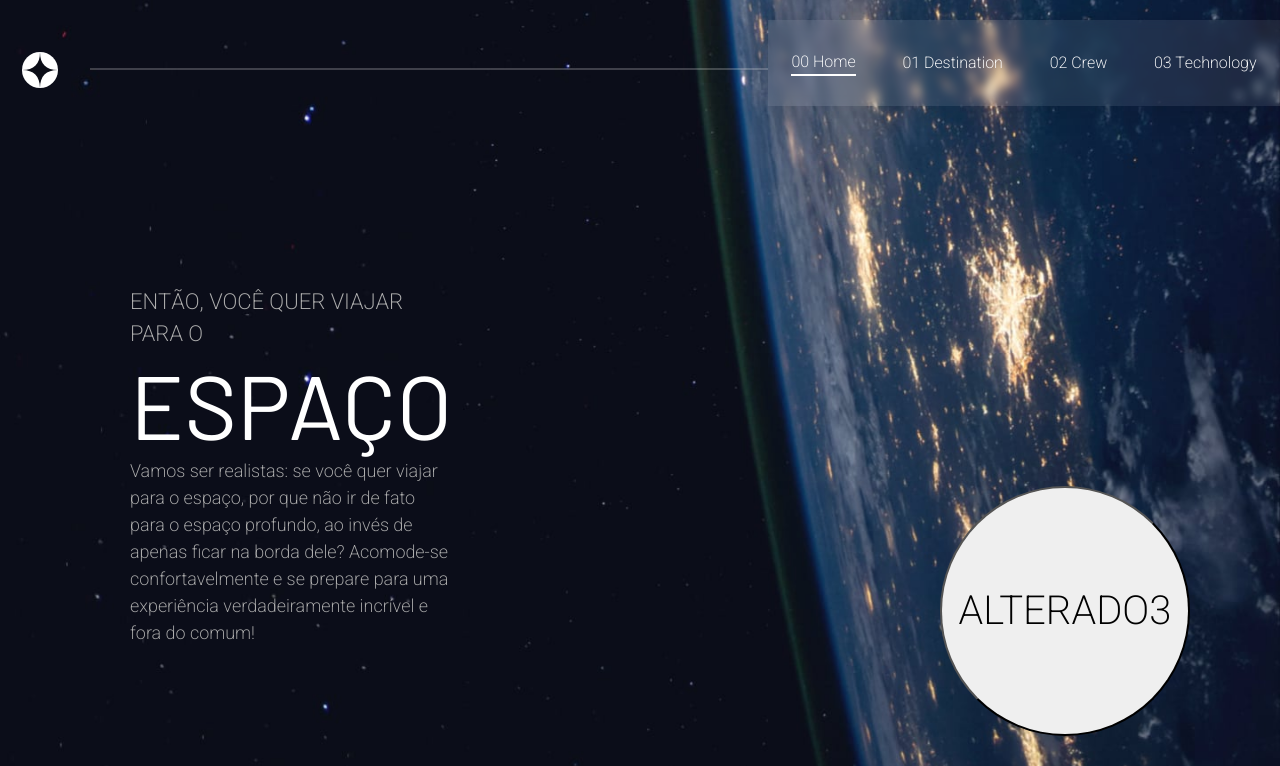
Repository: Leonngc/space-site
Page: index.html
An editor plug-in stored every save of this project. The page is shown before and after the next save, followed by the edit.
The browser window is 1280 px wide. The pictures show the whole page.

Above is the page before, as saved 2023-05-01 17:03:29.

After the next save:
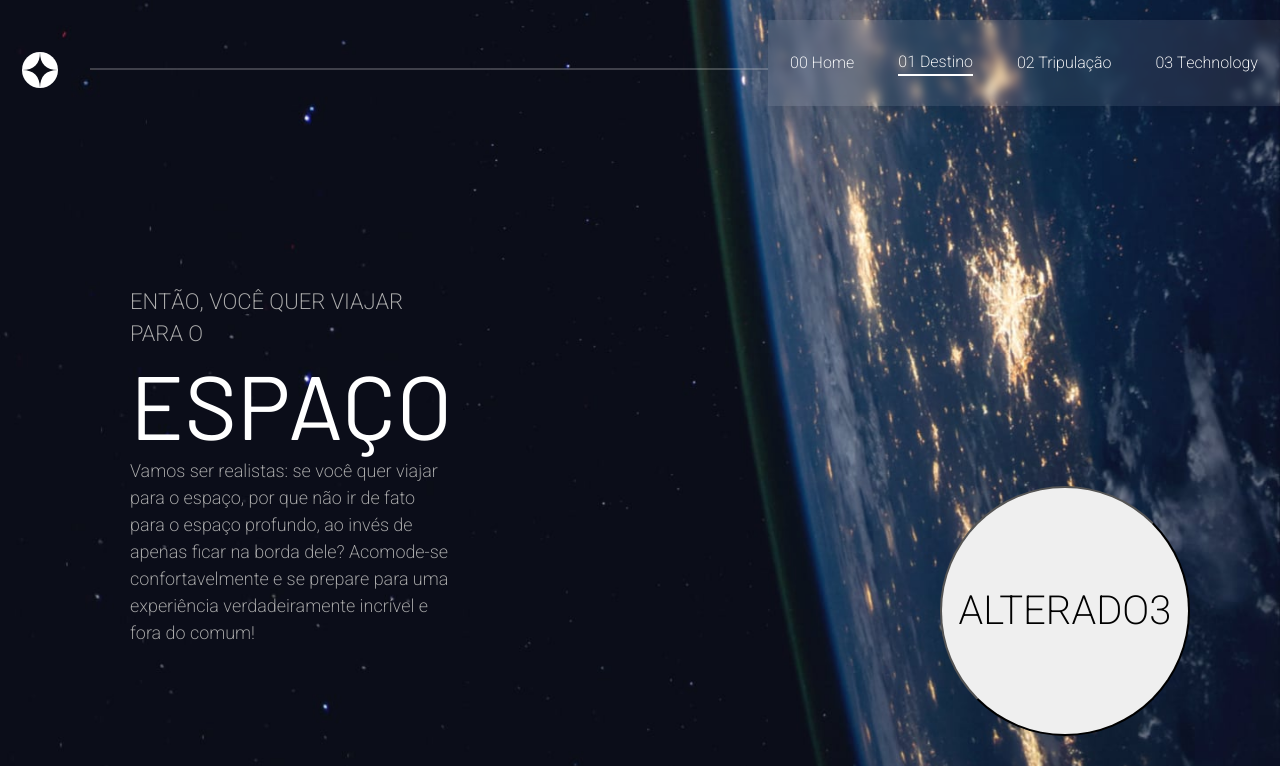
Saved 12 s later.
--- a/index.html
+++ b/index.html
@@ -20,10 +20,10 @@
     <nav>
       <button class="menu-button"><i class="fi fi-br-menu-burger"></i></button>
       <ul class="menu">
-      <li class="item-menu page-active"><a href="#">00 Home</a></li>
-      <li class="item-menu"><a href="destination-moon.html" target="_parent">01 Destination</a></li>
-      <li class="item-menu"><a href="#">02 Crew</a></li>
-      <li class="item-menu"><a href="#">03 Technology</a></li>
+        <li class="item-menu"><a href="index.html" target="_parent">00 Home</a></li>
+        <li class="item-menu page-active"><a href="#">01 Destino</a></li>
+        <li class="item-menu"><a href="crew.html">02 Tripulação</a></li>
+        <li class="item-menu"><a href="#">03 Technology</a></li>
       </ul>
     </nav>
 
